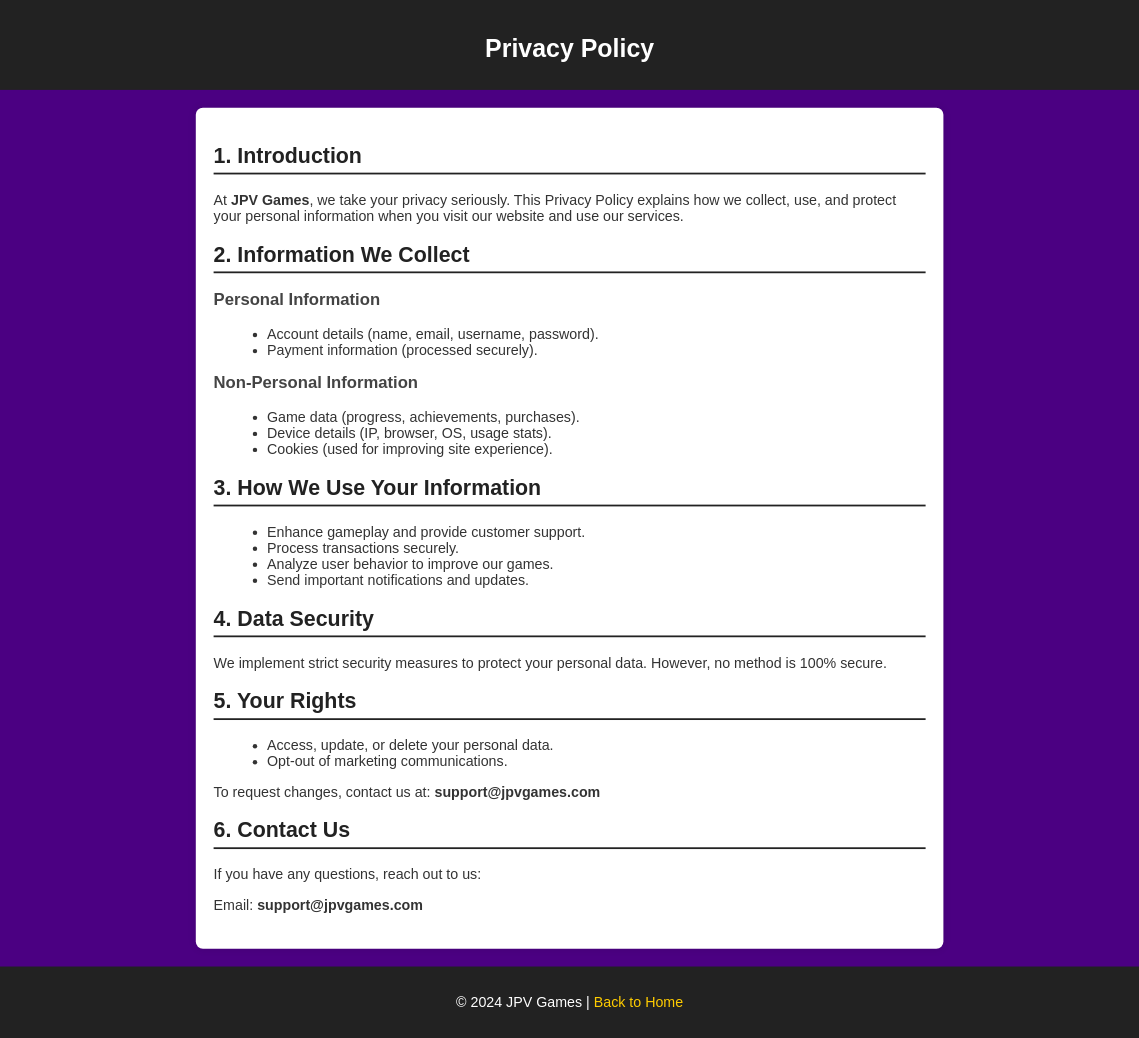
Repository: meenadabhii/jpygames.com
Page: http://localhost/privacy-policy.html
These files come from the project's save history. The page is drawn as it stood at one moment and after a run of saves; the edit follows.
The browser window is 1280 px wide. The pictures show the whole page, at 89% of full size.
The page is served by the project's Node server (app.js).

Above is the page before, as saved 2025-02-08 10:53:08.

### nodejs/views/privacy-policy.html
<!DOCTYPE html>
<html lang="en">
<head>
    <meta charset="UTF-8">
    <meta name="viewport" content="width=device-width, initial-scale=1.0">
    <title>Privacy Policy - JPV Games</title>

    <style>
        /* General Page Styling */
body {
    font-family: Arial, sans-serif;
    background-color: #4B0082;
    margin: 0;
    padding: 0;
    color: #333;
}

/* Header Styling */
header {
    background: #222;
    color: white;
    text-align: center;
    padding: 20px;
}

/* Main Content */
main {
    max-width: 800px;
    margin: 20px auto;
    padding: 20px;
    background: white;
    box-shadow: 0px 0px 10px rgba(0, 0, 0, 0.1);
    border-radius: 8px;
}

/* Section Styling */
section {
    margin-bottom: 20px;
}

h1 {
    font-size: 28px;
    margin-bottom: 10px;
}

h2 {
    color: #222;
    border-bottom: 2px solid #222;
    padding-bottom: 5px;
}

h3 {
    color: #444;
    margin-top: 10px;
}

ul {
    list-style: disc;
    margin-left: 20px;
}

/* Footer Styling */
footer {
    text-align: center;
    padding: 15px;
    background: #222;
    color: white;
}

footer a {
    color: #ffcc00;
    text-decoration: none;
}

footer a:hover {
    text-decoration: underline;
}

    </style>
</head>
<body>
    <header>
        <h1>Privacy Policy</h1>

    </header>

    <main>
        <section>
            <h2>1. Introduction</h2>
            <p>At <strong>JPV Games</strong>, we take your privacy seriously. This Privacy Policy explains how we collect, use, and protect your personal information when you visit our website and use our services.</p>
        </section>

        <section>
            <h2>2. Information We Collect</h2>
            <h3>Personal Information</h3>
            <ul>
                <li>Account details (name, email, username, password).</li>
                <li>Payment information (processed securely).</li>
            </ul>

            <h3>Non-Personal Information</h3>
            <ul>
                <li>Game data (progress, achievements, purchases).</li>
                <li>Device details (IP, browser, OS, usage stats).</li>
                <li>Cookies (used for improving site experience).</li>
            </ul>
        </section>

        <section>
            <h2>3. How We Use Your Information</h2>
            <ul>
                <li>Enhance gameplay and provide customer support.</li>
                <li>Process transactions securely.</li>
                <li>Analyze user behavior to improve our games.</li>
                <li>Send important notifications and updates.</li>
            </ul>
        </section>

        <section>
            <h2>4. Data Security</h2>
            <p>We implement strict security measures to protect your personal data. However, no method is 100% secure.</p>
        </section>

        <section>
            <h2>5. Your Rights</h2>
            <ul>
                <li>Access, update, or delete your personal data.</li>
                <li>Opt-out of marketing communications.</li>
            </ul>
            <p>To request changes, contact us at: <strong>support@jpvgames.com</strong></p>
        </section>

        <section>
            <h2>6. Contact Us</h2>
            <p>If you have any questions, reach out to us:</p>
            <p>Email: <strong>support@jpvgames.com</strong></p>
        </section>
    </main>

    <footer>
        <p>&copy; 2024 JPV Games | <a href="/" class="button">Back to Home</a> </p>


    </footer>
</body>
</html>

### nodejs/app.js

const express = require('express')
const app = express()
const port = 6600
const ejs = require('ejs')
const path = require('path')
const fs = require('fs')

app.use(express.static('public'))
app.set('views', path.join(__dirname,'/views'))
app.set('view engine', 'ejs')

const games = JSON.parse(fs.readFileSync('./game.json','utf-8'));

app.use(express.static(path.join(__dirname, 'public')));

app.get('/privacy-policy.html', (req, res) => {
    res.sendFile(path.join(__dirname, 'views', 'privacy-policy.html'));
});

app.get('/', (req, res) => {
    return res.render('home',{games});
})

app.get('/game/:name', (req, res) => {
    const find = games.filter(i => i.slug == req.params.name);
    const newdata = [...Array(8)].map(i => games[(Math.floor(Math.random() * games.length))]);

    if (!find.length) {
        return res.send('404')
    }
    return res.render('singel',{data:find[0], newdata});
})

app.get('/category/:name', (req, res) => {
    const find = games.filter(i => i.type == req.params.name);
    if (!find.length) {
        return res.send('404')
    }
    return res.render('category',{data:find});
})

app.get('/game/:name/play', (req, res) => {
    const find = games.filter(i => i.slug == req.params.name);
    if (!find.length) {
        return res.send('404')
    }
    return res.render('play',{data:find[0]});
})

app.listen(port, () => {
    console.log(`Example app listening on port ${port}`)
})

### nodejs/game.json
[
    {
        "slug":"up-hill-racing",
        "name":"Up Hill Racing",
        "img":"/image/uphillracing.png",
        "type":"sport",
        "url":"https://softgames.cdn.start.gg/9mw8rk6nb6kr/v2/index.html"
    },

    {
        "slug":"midnight-pool-classic",
        "name":"Midnight Pool Classic",
        "img":"/image/midnightpoolclassic.png",
        "type":"sport",
        "url":"https://poolrush.frvr.com/"
    },
    {
        "slug":"gameloft-sports-minigame",
        "name":"Gameloft Sports Minigame",
        "img":"/image/gameloftsportsminigame.png",
        "type":"action",
        "url":"https://cdn.ludigames.com/microsoft/start-gameloftSportsMinigameCollection/08-cdn/h5/gameloftSportsMinigameCollectionFree/play.html"
    },

    {
        "slug":"bike-racing",
        "name":"Bike Racing",
        "img":"/image/bikeracing.png",
        "type":"sport",
        "url":"https://softgames.cdn.start.gg/9pjmwr3lfc0d/v5/index.html"
    },
    {
        "slug":"solitaire-champions",
        "name":"Solitaire Champions",
        "img":"/image/solitairechampions.png",
        "type":"sport",
        "url":"https://hammerplay.cdn.start.gg/9nf29519b076/v1/index.html"
    },
    {
        "slug":"bubble-fall",
        "name":"Bubble Fall",
        "img":"/image/bubblefall.png",
        "type":"arcade",
        "url":"https://html5.suncs.io/bubble-fall/msg/"
    },

    {
        "slug":"idle-mining-empire",
        "name":"Idle Mining Empire",
        "img":"/image/idleminingempire.png",
        "type":"action",
        "url":"https://marketjs.cdn.start.gg/9n3wz0fzx1hr/v27/index.html"
    },
    {
        "slug":"harbor-operator",
        "name":"Harbor Operator",
        "img":"/image/harboroperator.png",
        "type":"action",
        "url":"https://marketjs.cdn.start.gg/9pbd0qpb8kwz/v5/index.html"
    },
    {
        "slug":"backgammon",
        "name":"Backgammon",
        "img":"/image/backgammon.png",
        "type":"arcade",
        "url":"https://marketjs.cdn.start.gg/9n7mfxkl7w06/v5/index.html"
    },
    {
        "slug":"hotel-manager",
        "name":"Hotel Manager",
        "img":"/image/hotelmanager.png",
        "type":"arcade",
        "url":"https://codethislab.cdn.start.gg/9mt20fq1f5zj/v1/index.html"
    },
    {
        "slug":"ultimate-tic-tac-toe",
        "name":"Ultimate Tic Tac Toe",
        "img":"/image/ultimatetictactoe.png",
        "type":"arcade",
        "url":"https://codethislab.cdn.start.gg/9p4z7gtl3mlh/v9/index.html"
    },
    {
        "slug":"island-of-treasures",
        "name":"Island of Treasures",
        "img":"/image/islandoftreasures.png",
        "type":"action",
        "url":"https://hammerplay.cdn.start.gg/9pk306zzrpr5/v6/index.html"
    },
    {
        "slug":"blackjack",
        "name":"Blackjack",
        "img":"/image/blackjack.png",
        "type":"sport",
        "url":"https://codethislab.cdn.start.gg/9mt4hk2d6rcn/v1/index.html"
    },
    {
        "slug":"roulette-royale",
        "name":"Roulette Royale",
        "img":"/image/rouletteroyale.png",
        "type":"sport",
        "url":"https://codethislab.cdn.start.gg/9pmdqv93xn3r/v1/index.html"
    },
    {
        "slug":"mk48",
        "name":"Mk48",
        "img":"/image/mk48.png",
        "type":"action",
        "url":"https://microsoft.mk48.io/"
    },
    {
        "slug":"parking-block",
        "name":"Parking Block",
        "img":"/image/parking-block.png",
        "type":"sport",
        "url":"https://codethislab.cdn.start.gg/9mwhlgqzrsf2/v1/index.html"
    },
    {
        "slug":"code-bananas",
        "name":"Code Bananas",
        "img":"/image/code-bananas.png",
        "type":"action",
        "url":"https://marketjs.cdn.start.gg/9nt6qmtc0mnc/v3/index.html"
    },
    {
        "slug":"stack-the-containers",
        "name":"Stack The Containers",
        "img":"/image/stack-the-containers.png",
        "type":"arcade",
        "url":"https://marketjs.cdn.start.gg/9pk2c9cd597r/v4/index.html"
    },
    {
        "slug":"secrets-of-charmland",
        "name":"Secrets of Charmland",
        "img":"/image/secrets-of-charmland.png",
        "type":"arcade",
        "url":"https://adventure.cleverappssg.com/publish/html5/msstart/"
    },
    {
        "slug":"stickman-brawl",
        "name":"Stickman Brawl",
        "img":"/image/stickman-brawl.png",
        "type":"arcade",
        "url":"https://marketjs.cdn.start.gg/9pmxzdnh0xcq/v9/index.html"
    },
    {
        "slug":"bricks-breaker-deluxe-crusher",
        "name":"Bricks Breaker Deluxe Crusher",
        "img":"/image/bricks-breaker-deluxe-crusher.png",
        "type":"arcade",
        "url":"https://playzool.com/games/bricksBreaker/"
    },
    {
        "slug":"planet-chaos",
        "name":"Planet Chaos",
        "img":"/image/planet-chaos.png",
        "type":"arcade",
        "url":"https://hammerplay.cdn.start.gg/9mtndqf7rjgg/v6/index.html"
    },

    {
        "slug":"jewel-academy",
        "name":"Jewel Academy",
        "img":"/image/jewel-academy.png",
        "type":"arcade",
        "url":"https://cdn.games.mobinozer.com/ext/msn/msn-jewel-academy/prod-msn/v7/"
    },
    {
        "slug":"tile-connect-master",
        "name":"Tile Connect Master",
        "img":"/image/tile-connect-master.png",
        "type":"arcade",
        "url":"https://tile-connect.sunfs.app/ms-games/"
    },
    {
        "slug":"4-pics-1-word",
        "name":"4 Pics 1 Word",
        "img":"/image/4-pics-1-word.png",
        "type":"arcade",
        "url":"https://start.4pics1word.app/"
    },
    {
        "slug":"candy-world-match3-mania",
        "name":"Candy World : match3 mania",
        "img":"/image/candy-world-match3-mania.png",
        "type":"arcade",
        "url":"https://playzool.com/games/candyWorldMM/"
    },
    {
        "slug":"spades",
        "name":"Spades",
        "img":"/image/spades.png",
        "type":"arcade",
        "url":"https://marketjs.cdn.start.gg/9n965bpl2zp1/v12/index.html"
    },
    {
        "slug":"candy-riddles-free-match-3-puzzle",
        "name":"Candy Riddles: Free Match 3 Puzzle",
        "img":"/image/candy-riddles-free-match-3-puzzle.png",
        "type":"arcade",
        "url":"https://riddles.labsystech.ru/publish/html5/msstart/"
    },

    {
        "slug":"cricket-frvr",
        "name":"Cricket FRVR",
        "img":"/image/cricket-frvr.png",
        "type":"sport",
        "url":"https://cricket.frvr.com/"
    },
    {
        "slug":"rally-champion",
        "name":"Rally Champion",
        "img":"/image/rally-champion.png",
        "type":"sport",
        "url":"https://marketjs.cdn.start.gg/9pmdcq52j3hj/v1/index.html"
    },

    {
        "slug":"hunter-hitman",
        "name":"Hunter Hitman",
        "img":"/image/hunter-hitman.png",
        "type":"action",
        "url":"https://marketjs.cdn.start.gg/9n8bq7npxbfw/v9/index.html"
    },

    {
        "slug":"bubbles",
        "name":"Bubbles",
        "img":"/image/bubbles.png",
        "type":"arcade",
        "url":"https://cdn.games.mobinozer.com/ext/msn/msn-bubbles/prod/v1/"
    },
    {
        "slug":"kite-play",
        "name":"Kite Play",
        "img":"/image/kite-play.png",
        "type":"action",
        "url":"https://cdn.ludigames.com/microsoft/start-kite/06-cdn/h5/kiteFree/play.html"
    },
    {
        "slug":"idle-hotel-empire",
        "name":"Idle Hotel Empire",
        "img":"/image/idle-hotel-empire.png",
        "type":"arcade",
        "url":"https://marketjs.cdn.start.gg/9n4rmz09hx1v/v7/index.html"
    },
    {
        "slug":"blockbuster-adventures-puzzle",
        "name":"BlockBuster: Adventures Puzzle",
        "img":"/image/blockbuster-adventures-puzzle.png",
        "type":"arcade",
        "url":"https://woodenblock.cleverappssg.com/publish/html5/msstart/"
    },
    {
        "slug":"ludo-classic-a-dice-game",
        "name":"Ludo classic : a dice game",
        "img":"/image/ludo-classic-a-dice-game.png",
        "type":"arcade",
        "url":"https://playzool.com/games/ludoClassicADG/"
    },
    {
        "slug":"basketball-all-stars",
        "name":"Basketball All Stars",
        "img":"/image/basketball-all-stars.png",
        "type":"sport",
        "url":"https://softgames.cdn.start.gg/9ndkp76s2h24/v10/index.html"
    },
    {
        "slug":"designville",
        "name":"Designville",
        "img":"/image/designville.png",
        "type":"arcade",
        "url":"https://ms-start.designville-merge.g.tapclap.com/"
    },
    {
        "slug":"darts-pro",
        "name":"Darts Pro",
        "img":"/image/darts-pro.png",
        "type":"sport",
        "url":"https://codethislab.cdn.start.gg/9n3n198l6zpj/v3/index.html"
    },
    {
        "slug":"pinball-basketball",
        "name":"Pinball Basketball",
        "img":"/image/pinball-basketball.png",
        "type":"sport",
        "url":"https://marketjs.cdn.start.gg/9n4wl4c46knl/v1/index.html"
    },
    {
        "slug":"midnight-pool-classic",
        "name":"Midnight Pool Classic",
        "img":"/image/midnight-pool-classic.png",
        "type":"sport",
        "url":"https://cdn.ludigames.com/microsoft/start-midnightPoolClassic/09-cdn/h5/midnightPoolClassicFree/"
    },
    {
        "slug":"dinosaurs-merge-master",
        "name":"Dinosaurs Merge Master",
        "img":"/image/dinosaurs-merge-master.png",
        "type":"action",
        "url":"https://dinosaurs-merge-master.sunfs.app/ms-games/"
    },
    {
        "slug":"drift-boss",
        "name":"Drift Boss",
        "img":"/image/drift-boss.png",
        "type":"action",
        "url":"https://marketjs.cdn.start.gg/9p4mrh7g580x/v10/index.html"
    },
    {
        "slug":"santa-parkour",
        "name":"Santa Parkour",
        "img":"/image/santa-parkour.png",
        "type":"arcade",
        "url":"https://marketjs.cdn.start.gg/9n7c9gz12jtz/v4/index.html"
    },
    {
        "slug":"rachel-holmes-find-differences",
        "name":"Rachel Holmes: find differences",
        "img":"/image/rachel-holmes-find-differences.png",
        "type":"arcade",
        "url":"https://differences.cleverappssg.com/publish/html5/msstart/"
    },
    {
        "slug":"liquid-puzzle-sort-the-colors",
        "name":"Liquid puzzle: sort the colors",
        "img":"/image/liquid-puzzle-sort-the-colors.png",
        "type":"arcade",
        "url":"https://playzool.com/games/liquidPuzzleSTC/"
    },
    {
        "slug":"puzzle-daily",
        "name":"Puzzle Daily",
        "img":"/image/puzzle-daily.png",
        "type":"arcade",
        "url":"https://puzzleplayz.us/g/tcap?domain=msngames.tribunecontentagency.com"
    },
    {
        "slug":"wood-block-puzzle",
        "name":"Wood Block Puzzle",
        "img":"/image/wood-block-puzzle.png",
        "type":"arcade",
        "url":"https://softgames.cdn.start.gg/9n81bzp5knxp/v10/index.html"
    },
    {
        "slug":"monopoly-sudoku",
        "name":"Monopoly Sudoku",
        "img":"/image/monopoly-sudoku.png",
        "type":"arcade",
        "url":"https://cdn.games.mobinozer.com/ext/monopoly_sudoku_microsoft/prod/3.1.3-0/"
    },
    {
        "slug":"solitaire-mahjong-juicy",
        "name":"Solitaire Mahjong Juicy",
        "img":"/image/solitaire-mahjong-juicy.png",
        "type":"arcade",
        "url":"https://softgames.cdn.start.gg/9pnq8c4vgsnr/v5/index.html"
    },
    {
        "slug":"merge-alphabet",
        "name":"Merge Alphabet",
        "img":"/image/merge-alphabet.png",
        "type":"arcade",
        "url":"https://marketjs.cdn.start.gg/9p46mtb82zkh/v19/index.html"
    },
    {
        "slug":"classic-nonogram",
        "name":"Classic Nonogram",
        "img":"/image/classic-nonogram.png",
        "type":"arcade",
        "url":"https://codethislab.cdn.start.gg/9np2059nr3db/v24/index.html"
    },
    {
        "slug":"ultimate-sudoku",
        "name":"Ultimate Sudoku",
        "img":"/image/ultimate-sudoku.png",
        "type":"arcade",
        "url":"https://codethislab.cdn.start.gg/9nkxp0kxmpdz/v1/index.html"
    },
    {
        "slug":"kubok-999",
        "name":"Kubok 999",
        "img":"/image/kubok-999.png",
        "type":"arcade",
        "url":"https://kubok.it/games/kubok-999/index-70.html"
    },
    {
        "slug":"lights",
        "name":"lights",
        "img":"/image/lights.png",
        "type":"arcade",
        "url":"https://codethislab.cdn.start.gg/9nkbwk7x5858/v1/index.html"
    },
    {
        "slug":"parking-panic",
        "name":"Parking panic",
        "img":"/image/parking-panic.png",
        "type":"arcade",
        "url":"https://playzool.com/games/parkingPanic/"
    }
]

After the next 2 saves:
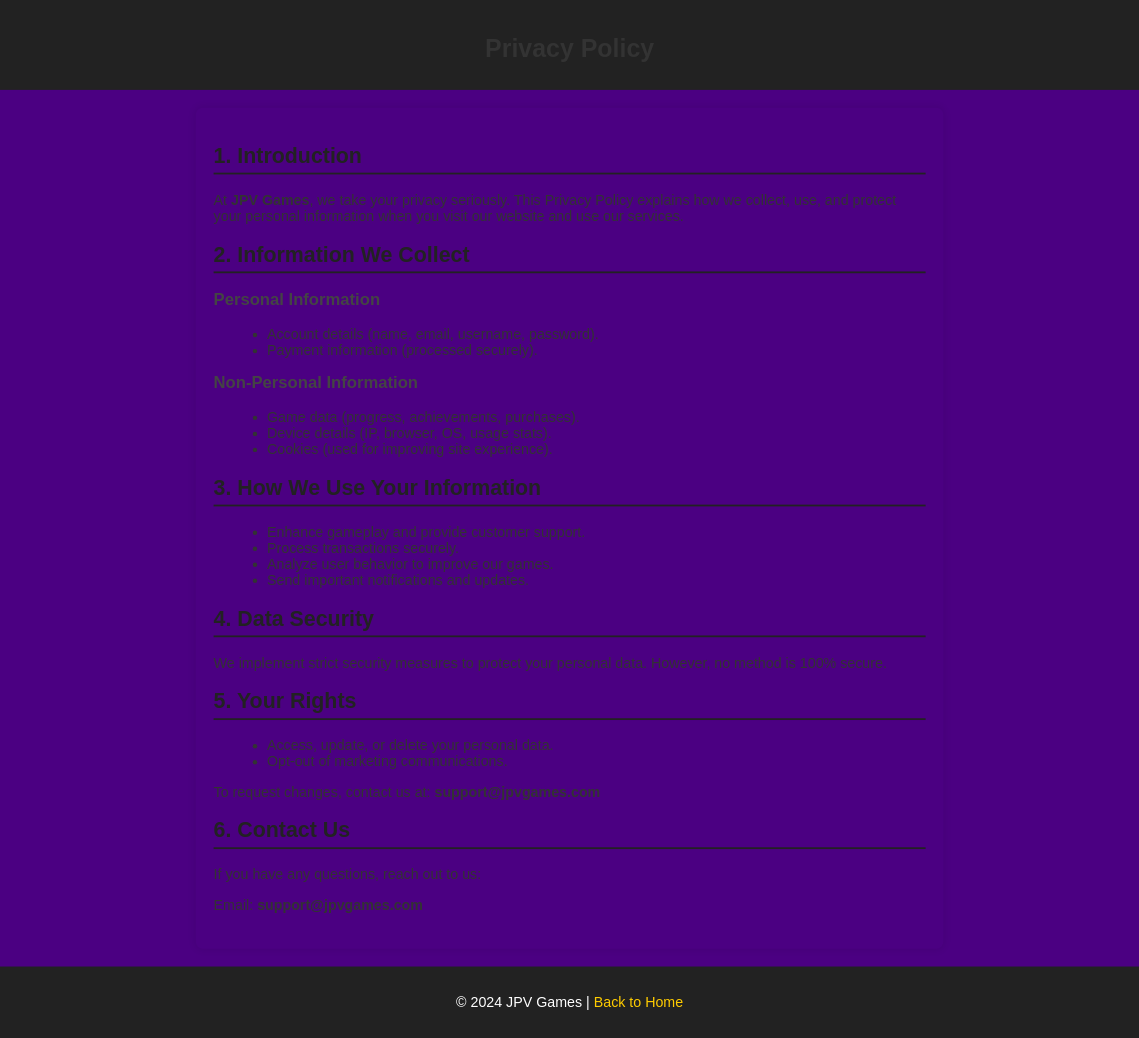
The 2 saves are shown as one change because they came seconds apart.
The last was saved 9 s later.
--- a/nodejs/views/privacy-policy.html
+++ b/nodejs/views/privacy-policy.html
@@ -18,7 +18,7 @@
 /* Header Styling */
 header {
     background: #222;
-    color: white;
+    color: 4B0082;
     text-align: center;
     padding: 20px;
 }
@@ -28,7 +28,7 @@
     max-width: 800px;
     margin: 20px auto;
     padding: 20px;
-    background: white;
+    background: 4B0082;
     box-shadow: 0px 0px 10px rgba(0, 0, 0, 0.1);
     border-radius: 8px;
 }

After the save that followed:
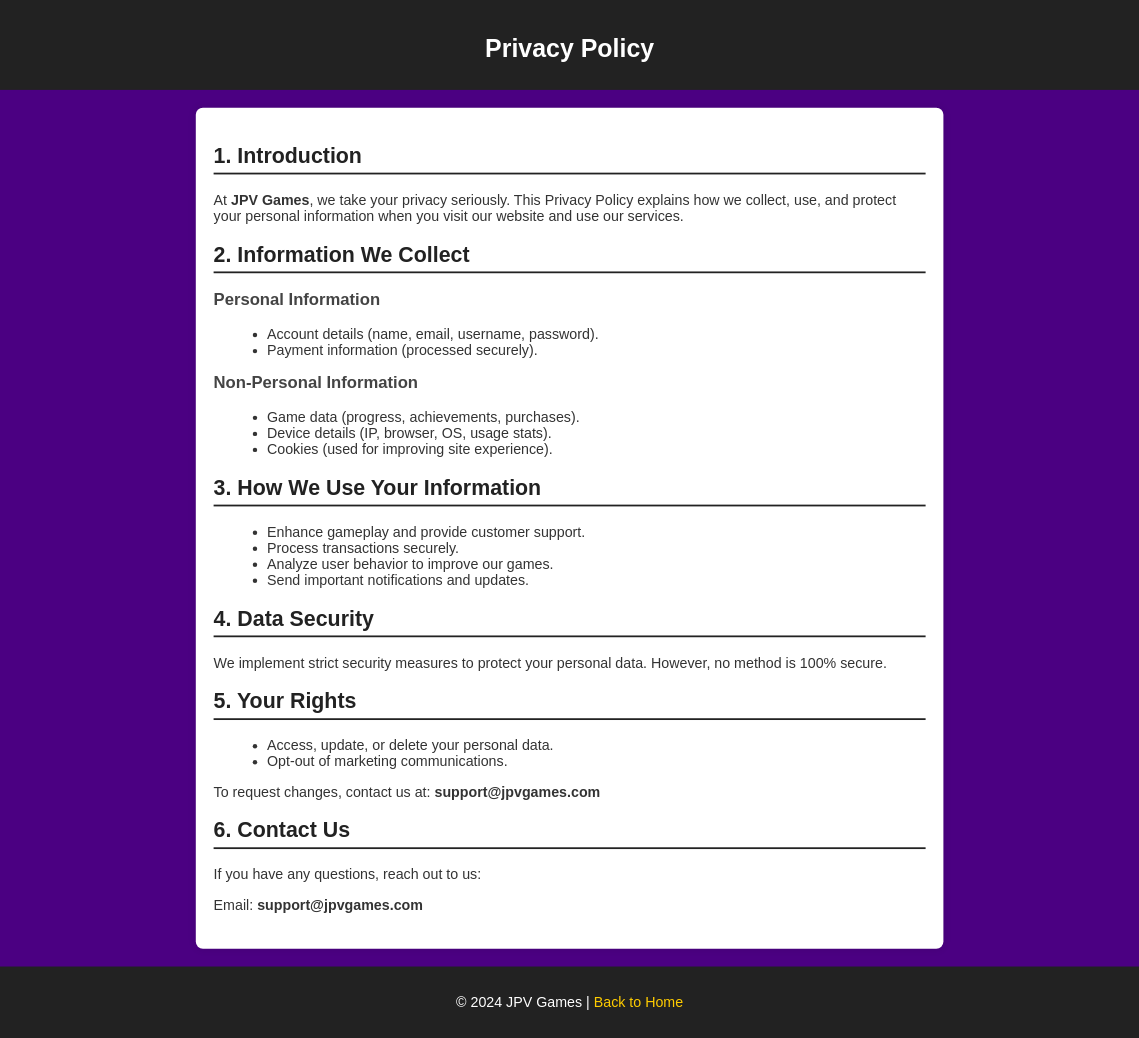
Saved 11 s later.
--- a/nodejs/views/privacy-policy.html
+++ b/nodejs/views/privacy-policy.html
@@ -18,7 +18,7 @@
 /* Header Styling */
 header {
     background: #222;
-    color: 4B0082;
+    color: white;
     text-align: center;
     padding: 20px;
 }
@@ -28,7 +28,7 @@
     max-width: 800px;
     margin: 20px auto;
     padding: 20px;
-    background: 4B0082;
+    background: white;
     box-shadow: 0px 0px 10px rgba(0, 0, 0, 0.1);
     border-radius: 8px;
 }
